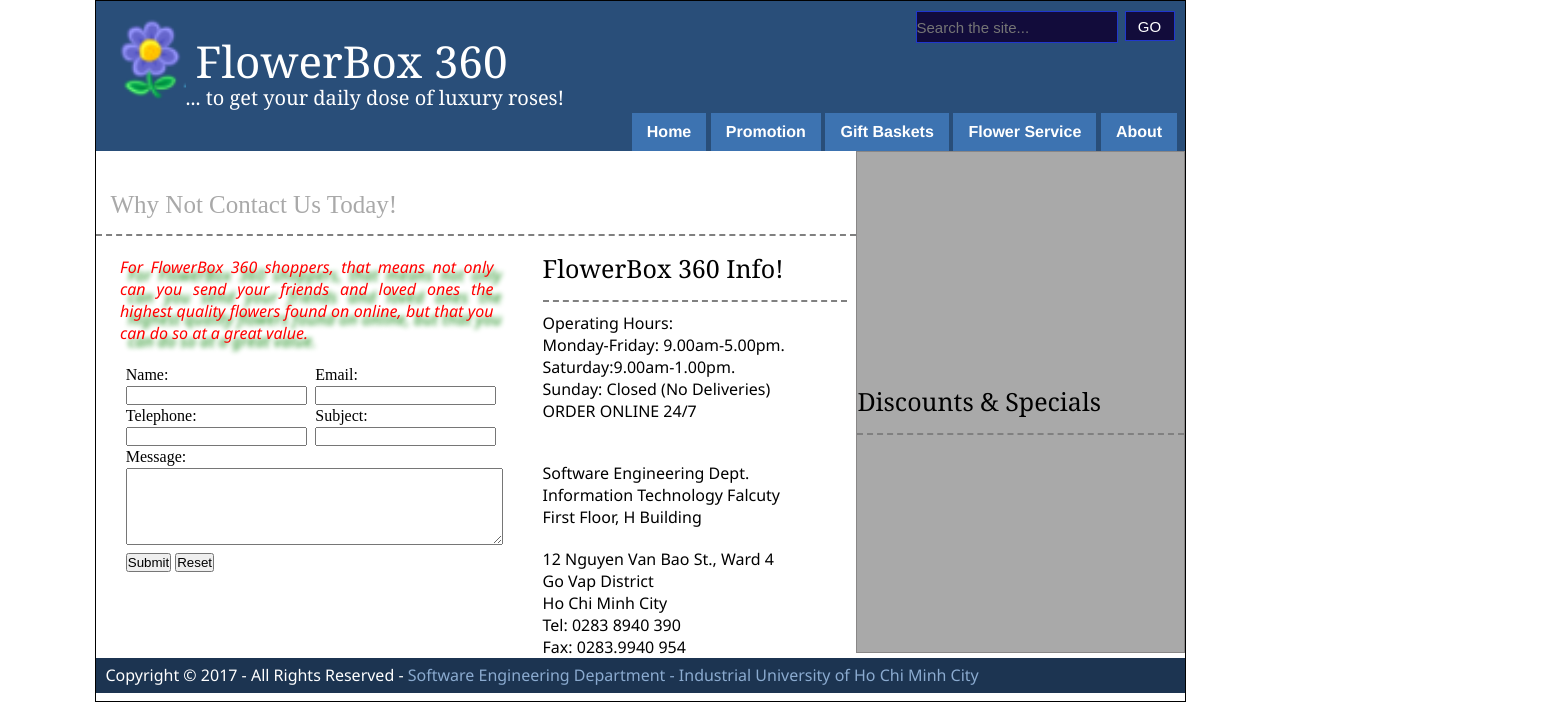
Repository: thu1365/BTKT_WEB
Page: HTML/btkt.html
These files come from the project's save history. The page is drawn as it stood at one moment and after the next save; the edit follows.
The browser window is 1280 px wide. The page is 1280 px wide, then 1563 px, so the pictures cover 1563 px, including what lies to the right of the window. The pictures show the whole page.

Above is the page before, as saved 2023-03-11 20:06:39.

After the next save:
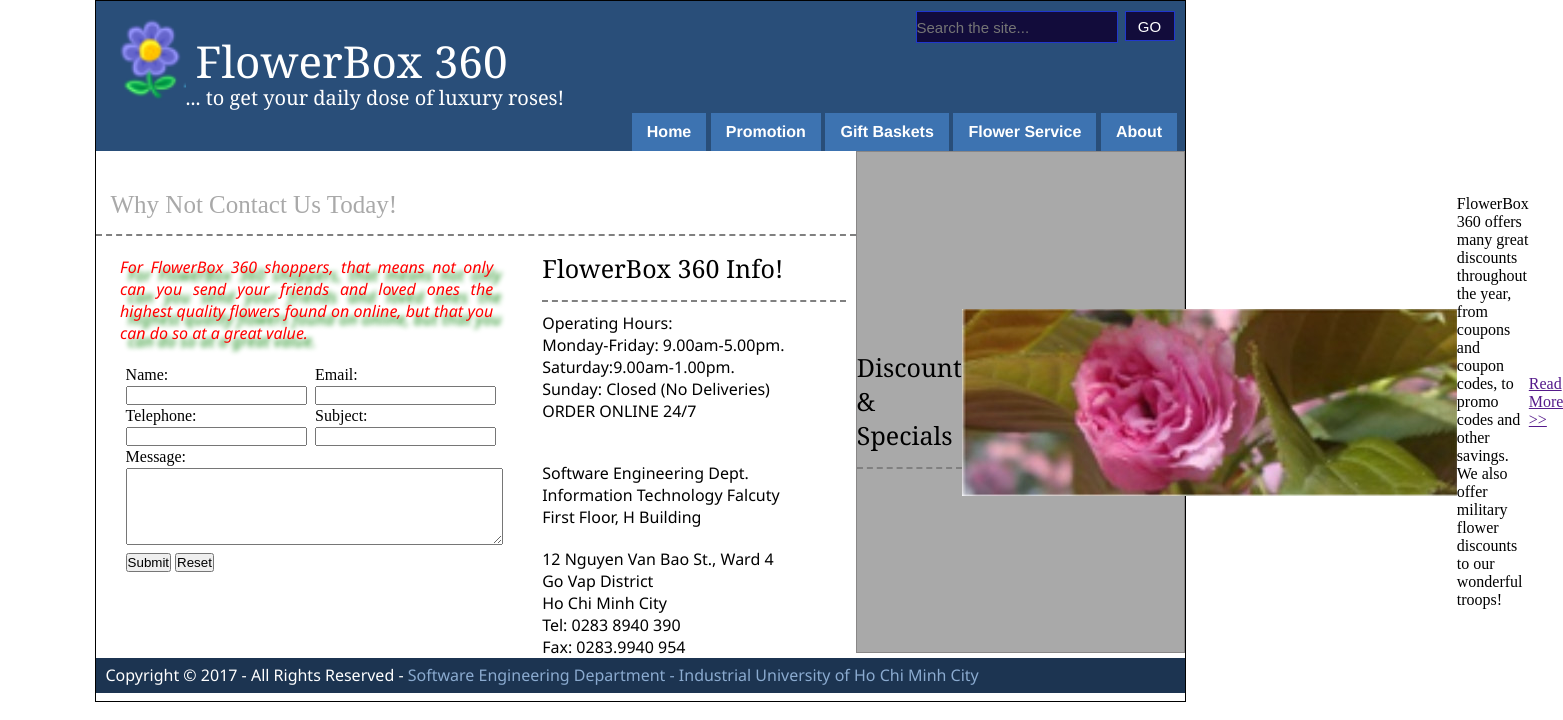
Saved 2 min 39 s later.
--- a/HTML/btkt.html
+++ b/HTML/btkt.html
@@ -300,9 +300,11 @@
             </div>
 
             <div class="c3">
-                <p class="c3_para">Discounts & Specials</p>
+                <p class="c3_para">Discount & Specials</p>
+                <img src="/IMAGE/Hoa.jpg" alt="" class="c3_img">
+                <p class="c3_des">FlowerBox 360 offers many great discounts throughout the year, from coupons and coupon codes, to promo codes and other savings. We also offer military flower discounts to our wonderful troops!</p>
+                <a class="c3_link" href="">Read More >></a>
             </div>
-
         </div>
         <footer>
             <p id="footer_line"><span class="white">Copyright © 2017 - All Rights Reserved -</span> Software Engineering Department - Industrial University of Ho Chi Minh City</p>
